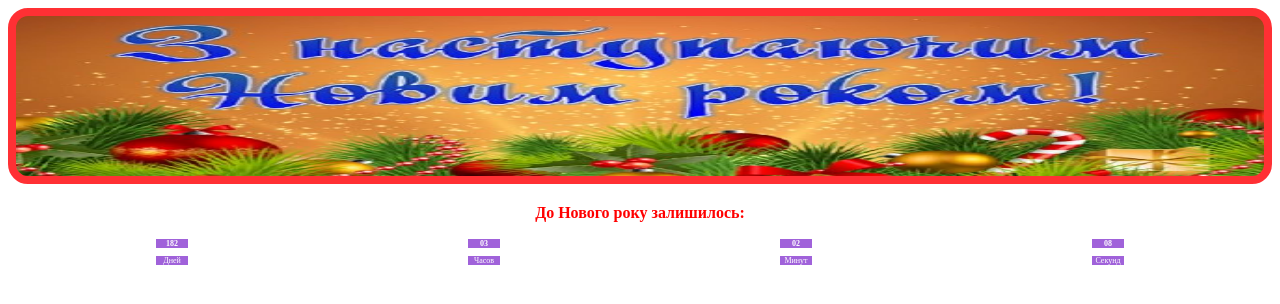
Repository: KonstantinKhamilov/JavaScript11-new-year
Page: index.html
An editor plug-in stored every save of this project. The page is shown before and after the next save, followed by the edit.
The browser window is 1280 px wide. The pictures show the whole page.

Above is the page before, as saved 2024-12-29 18:25:46.

After the next save:
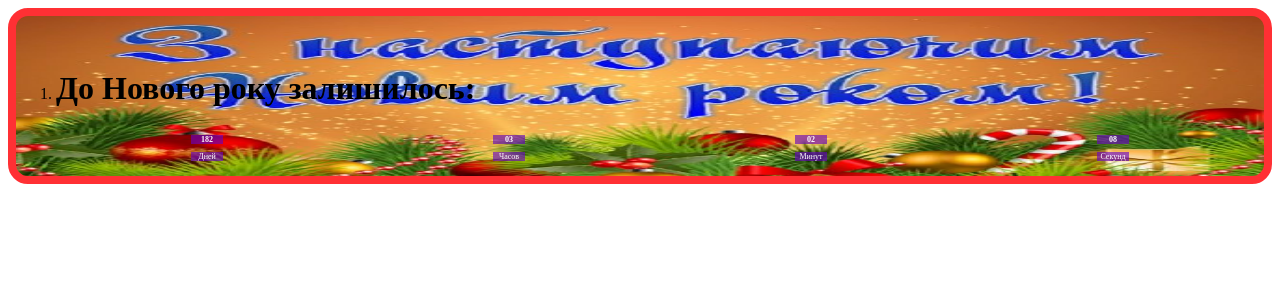
Saved 14 min 40 s later.
--- a/index.html
+++ b/index.html
@@ -66,13 +66,15 @@
 <img src="D:\Full Stack\Модуль\JavaScript\JavaScript11\Безымянный1.png" alt="time">
 -->
 <div class="box">
-  <h1>До Нового року залишилось:</h1>
-  <div class="count">
-    <div class="timer"><h2 id="day">00</h2><p>Дней</p></div>
-    <div class="timer"><h2 id="hrs">00</h2><p>Часов</p></div>
-    <div class="timer"><h2 id="min">00</h2><p>Минут</p></div>
-    <div class="timer"><h2 id="sec">00</h2><p>Секунд</p></div>
-  </div>
+  <ol>
+    <li><h1>До Нового року залишилось:</h1></li>
+    <li class="count">
+      <div class="timer"><h2 id="day">00</h2><p>Дней</p></div>
+      <div class="timer"><h2 id="hrs">00</h2><p>Часов</p></div>
+      <div class="timer"><h2 id="min">00</h2><p>Минут</p></div>
+      <div class="timer"><h2 id="sec">00</h2><p>Секунд</p></div>
+    </li>
+  </ol>
 </div>
 
     <script>
